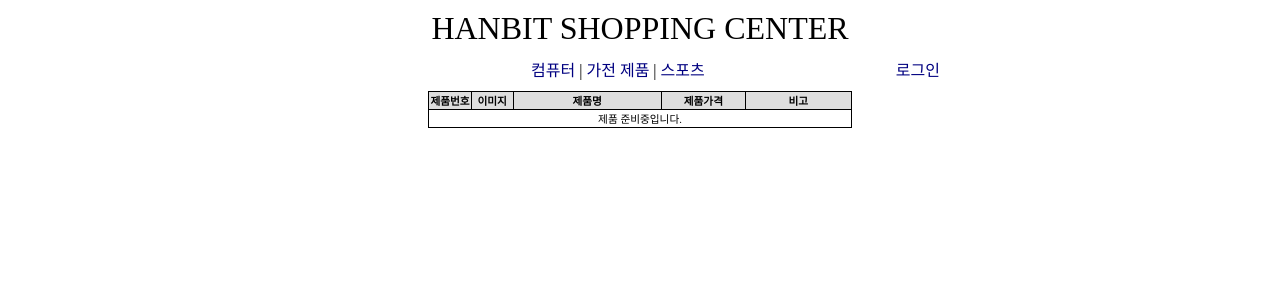
Repository: xlz5000/ICT
Page: http://localhost/spring_mvc02/WEB-INF/views/day08/product_list.jsp
The author's editor kept a copy of each file at every save. The page is drawn from the files as they stood at one save, then again after the next save.
The browser window is 1280 px wide. The pictures show the whole page.
The page is served by Tomcat 9. Nobody is signed in. The template is opened directly, without the code that normally fills it, so the values that code supplies are empty.

Above is the page before, as saved 2025-04-16 03:16:56.

After the next save:
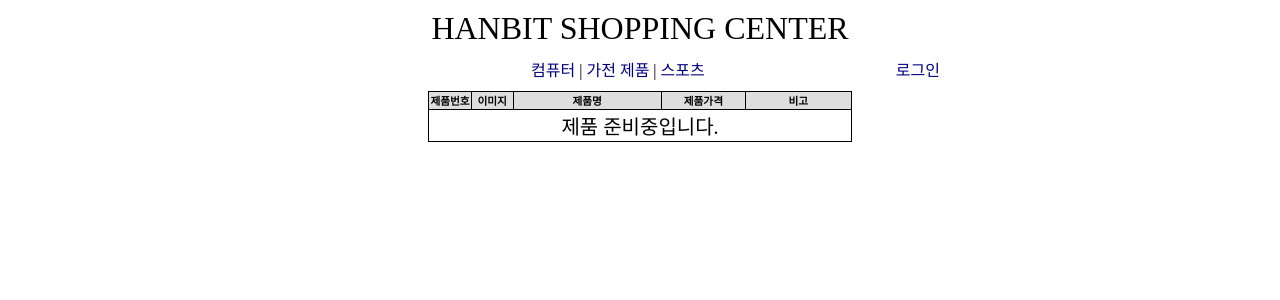
Saved 43 s later.
--- a/spring_mvc02/src/main/webapp/WEB-INF/views/day08/product_list.jsp
+++ b/spring_mvc02/src/main/webapp/WEB-INF/views/day08/product_list.jsp
@@ -48,7 +48,7 @@
 		<c:choose>
 			<c:when test="${empty shop_list}">
 				<tr>
-					<td colspan="5"><span id="nodata">제품 준비중입니다.</span></td>
+					<td colspan="5"><span style="font-size: 20px; margin-top: 30px;">제품 준비중입니다.</span></td>
 				</tr>
 			</c:when>
 			<c:otherwise>
